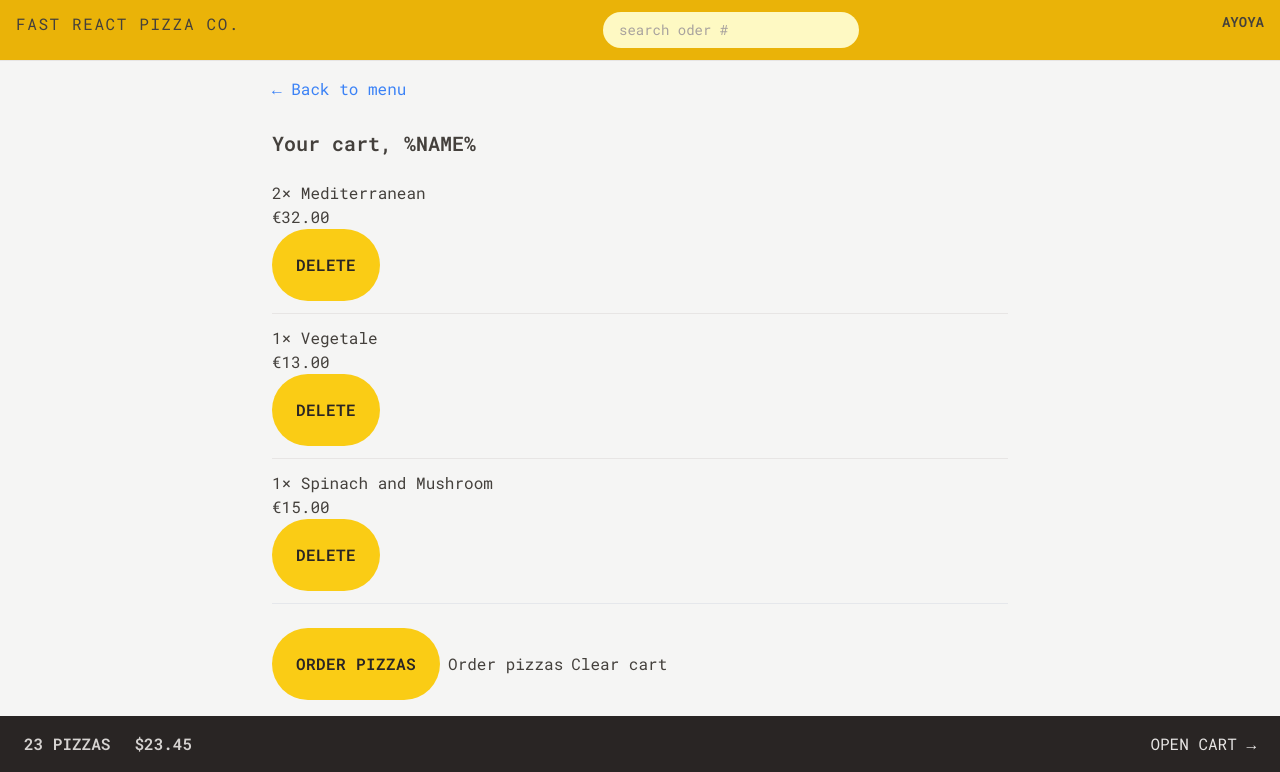
Repository: ayakhaled0001/pizza-delivery
Page: /cart
These files come from the project's save history. The page is drawn as it stood at one moment and after the next save; the edit follows.
The browser window is 1280 px wide. The pictures show the whole page.
The project was rebuilt for these pictures with package versions that can differ from the ones it lists, and the page was loaded fresh each time. Also part of the build but not shown: vite.config.js, src/features/user/CreateUser.jsx, src/ui/Home.jsx, src/services/apiRestaurant.jsx, src/features/menu/MenuItem.jsx, src/features/menu/Menu.jsx, src/features/order/Order.jsx, src/ui/Loader.jsx and 1 more. Imported but missing from the stored project, and not drawn on this page: src/features/order/CreateOrder.

Above is the page before, as saved 2025-05-01 15:27:56.

### index.html
<!DOCTYPE html>
<html lang="en">
  <head>
    <meta charset="UTF-8" />
    <link rel="icon" type="image/svg+xml" href="/vite.svg" />
    <meta name="viewport" content="width=device-width, initial-scale=1.0" />
    <link rel="preconnect" href="https://fonts.googleapis.com" />
    <link rel="preconnect" href="https://fonts.gstatic.com" crossorigin />
    <link
      href="https://fonts.googleapis.com/css2?family=Roboto+Mono:ital,wght@0,100..700;1,100..700&display=swap"
      rel="stylesheet" />
    <title>Vite + React</title>
  </head>
  <body class="bg-stone-100 text-stone-700">
    <div id="root"></div>
    <script type="module" src="/src/main.jsx"></script>
  </body>
</html>

### src/App.jsx
import { createBrowserRouter, RouterProvider } from "react-router-dom";
import Home from "./ui/Home";
import Menu, { loader as menuLoader } from "./features/menu/Menu";
import Cart from "./features/cart/Cart";
import CreateOrder, {
  action as CreateOrderAction,
} from "./features/order/CreateOrder";
import Order, { loader as orderLoader } from "./features/order/Order";
import AppLayout from "./ui/AppLayout";
import Error from "./ui/Error";
const router = createBrowserRouter([
  {
    element: <AppLayout />,
    children: [
      { path: "/", element: <Home /> },
      {
        path: "/menu",
        element: <Menu />,
        loader: menuLoader,
        errorElement: <Error />,
      },
      { path: "/cart", element: <Cart /> },
      {
        path: "/order/new",
        element: <CreateOrder />,
        action: CreateOrderAction,
      },
      {
        path: "/order/:orderId",
        element: <Order />,
        loader: orderLoader,
        errorElement: <Error />,
      },
    ],
  },
]);
function App() {
  return <RouterProvider router={router} />;
}

export default App;

### src/index.css
@tailwind base;
@tailwind components;
@tailwind utilities;

@layer components {
  .input {
    @apply w-full rounded-full border
    border-stone-200
    px-4 py-2 text-sm transition-all
    duration-300 focus:outline-none
    focus:ring focus:ring-yellow-400
    md:px-5;
  }

  .loader {
    width: 45px;
    aspect-ratio: 0.75;
    --c: no-repeat linear-gradient(theme(colors.stone.700) 0 0);
    background: var(--c) 0% 50%, var(--c) 50% 50%, var(--c) 100% 50%;
    background-size: 20% 50%;
    animation: loading 1s infinite linear;
  }

  @keyframes loading {
    20% {
      background-position: 0% 0%, 50% 50%, 100% 50%;
    }
    40% {
      background-position: 0% 100%, 50% 0%, 100% 50%;
    }
    60% {
      background-position: 0% 50%, 50% 100%, 100% 0%;
    }
    80% {
      background-position: 0% 50%, 50% 50%, 100% 100%;
    }
  }
}

/* body {
  font-family: system-ui, -apple-system, BlinkMacSystemFont, "Segoe UI", Roboto,
    Oxygen, Ubuntu, Cantarell, "Open Sans", "Helvetica Neue", sans-serif;
  background-color: #f7f7f7;
  color: #444;
}

.layout {
  display: grid;
  grid-template-rows: auto 1fr auto;
  gap: 32px;
  height: 100dvh;
} */

/* https://dev.to/afif/i-made-100-css-loaders-for-your-next-project-4eje */

### src/features/cart/Cart.jsx
import { Link } from "react-router-dom";
import LinkButton from "../../ui/LinkButton";
import Button from "../../ui/Button";
import CartItem from "./CartItem";

const fakeCart = [
  {
    pizzaId: 12,
    name: "Mediterranean",
    quantity: 2,
    unitPrice: 16,
    totalPrice: 32,
  },
  {
    pizzaId: 6,
    name: "Vegetale",
    quantity: 1,
    unitPrice: 13,
    totalPrice: 13,
  },
  {
    pizzaId: 11,
    name: "Spinach and Mushroom",
    quantity: 1,
    unitPrice: 15,
    totalPrice: 15,
  },
];

function Cart() {
  const cart = fakeCart;

  return (
    <div className="px-4 py-4">
      <LinkButton to="/menu">&larr; Back to menu</LinkButton>

      <h2 className="mt-7 text-xl font-semibold">Your cart, %NAME%</h2>
      <ul className="divide-y divide-stone-200 border-b mt-3 ">
        {cart.map((item) => (
          <CartItem key={item.key} item={item} />
        ))}
      </ul>
      <div className="mt-6 space-x-2">
        <Button to="/order/new">Order pizzas</Button>
        <Link>Order pizzas</Link>
        <button>Clear cart</button>
      </div>
    </div>
  );
}

export default Cart;

### src/ui/AppLayout.jsx
import Header from "./Header";
import CartOverview from "../features/cart/CartOverview";
import { Outlet, useNavigation } from "react-router-dom";
import Loader from "./Loader";

function AppLayout() {
  const navigation = useNavigation();
  const isLoading = navigation.state === "loading";
  console.log(navigation.state);
  return (
    <div className="grid h-screen grid-row-[auto_1fr_auto]">
      {isLoading && <Loader />}

      <Header />
      <div className="">
        <main className="max-w-3xl mx-auto">
          <Outlet />
        </main>
      </div>
      <CartOverview />
    </div>
  );
}

export default AppLayout;

### src/ui/LinkButton.jsx
import { Link, useNavigate } from "react-router-dom";

function LinkButton({ children, to }) {
  const navigate = useNavigate();
  if (to === -1)
    return (
      <button
        onClick={() => navigate(-1)}
        className="tex-sm text-blue-500 hover:text-blue-700 hover:underline">
        {children}
      </button>
    );
  return (
    <Link
      to={to}
      className="tex-sm text-blue-500 hover:text-blue-700 hover:underline">
      {children}
    </Link>
  );
}

export default LinkButton;

### src/ui/Button.jsx
import { Link } from "react-router-dom";

function Button({ disabled, children, to }) {
  const className = `bg-yellow-400 uppercase font-semibold
    text-stone-800 py-3 px-4
     inline-block tracking-wide
     rounded-full hover:bg-yellow-300  transition-all duration-300
    focus:outline-none focus:ring focus:ring-yellow-300 focus:ring-offset-2
    disabled:cursor-not-allowed sm:px-6 sm:py-6`;
  if (to)
    return (
      <Link to={to} className={className}>
        {children}
      </Link>
    );
  return (
    <button disabled={disabled} className={className}>
      {children}
    </button>
  );
}

export default Button;

### src/features/cart/CartItem.jsx
import Button from "../../ui/Button";
import { formatCurrency } from "../../utilities/helpers";

function CartItem({ item }) {
  const { pizzaId, name, quantity, totalPrice } = item;

  return (
    <li className="py-3">
      <p>
        {quantity}&times; {name}
      </p>
      <div>
        <p>{formatCurrency(totalPrice)}</p>
        <Button>Delete</Button>
      </div>
    </li>
  );
}

export default CartItem;

### src/ui/Header.jsx
import { Link } from "react-router-dom";
import SearchOrder from "../features/order/SearchOrder.jsx";
import UserName from "../features/user/UserName.jsx";

function Header() {
  return (
    <header className=" flex justify-between bg-yellow-500 px-4 py-3 uppercase border-b border-stone-200">
      <Link to="/" className="tracking-widest">
        Fast React Pizza Co.
      </Link>
      <SearchOrder />
      <UserName />
    </header>
  );
}

export default Header;

### src/features/cart/CartOverview.jsx
import { Link } from "react-router-dom";

function CartOverview() {
  return (
    <div
      className="bg-stone-800 text-stone-200 uppercase p-4 sm:px-6 px-4 py-4
    md:text-base flex items-center justify-between">
      <p className="text-stone-300 sm:space-x-6 font-semibold space-x-4">
        <span>23 pizzas</span>
        <span>$23.45</span>
      </p>
      <Link to="/cart">Open cart &rarr;</Link>
    </div>
  );
}

export default CartOverview;

### src/features/order/SearchOrder.jsx
import { useState } from "react";
import { useNavigate } from "react-router-dom";

function SearchOrder() {
  const [query, setQuery] = useState("");
  const navigate = useNavigate();
  function handleSubmit(e) {
    e.preventDefault();
    if (!query) return;
    navigate(`/order/${query}`);
    setQuery("");
  }
  return (
    <form onSubmit={handleSubmit}>
      <input
        placeholder="search oder #"
        value={query}
        onChange={(e) => setQuery(e.target.value)}
        className="duration-300 sm:w-64 focus:outline-none focus:ring
         focus:ring-yellow-500 focus:ring-opacity-50  sm:focus:w-72 transition-all w-28
         bg-yellow-100 rounded-full px-4 py-2 text-sm placeholder:text-stone-400"
      />
    </form>
  );
}

export default SearchOrder;

### src/features/user/UserName.jsx
function UserName() {
  return <div className="hidden md:block text-sm font-semibold">ayoya</div>;
}

export default UserName;

### tailwind.config.js
/** @type {import('tailwindcss').Config} */
export default {
  content: ["./index.html", "./src/**/*.{js,jsx,ts,tsx}"],
  theme: {
    fontFamily: {
      sans: "Roboto Mono , monospace",
    },
    extend: {
      fontSize: {
        huge: ["80rem", { lineHeight: "1" }],
      },
      height: {
        screen: "100dvh",
      },
    },
  },
  plugins: [],
};

Loaded but not shown: src/main.jsx (common file); src/utilities/helpers.jsx (common file)

After the next save:
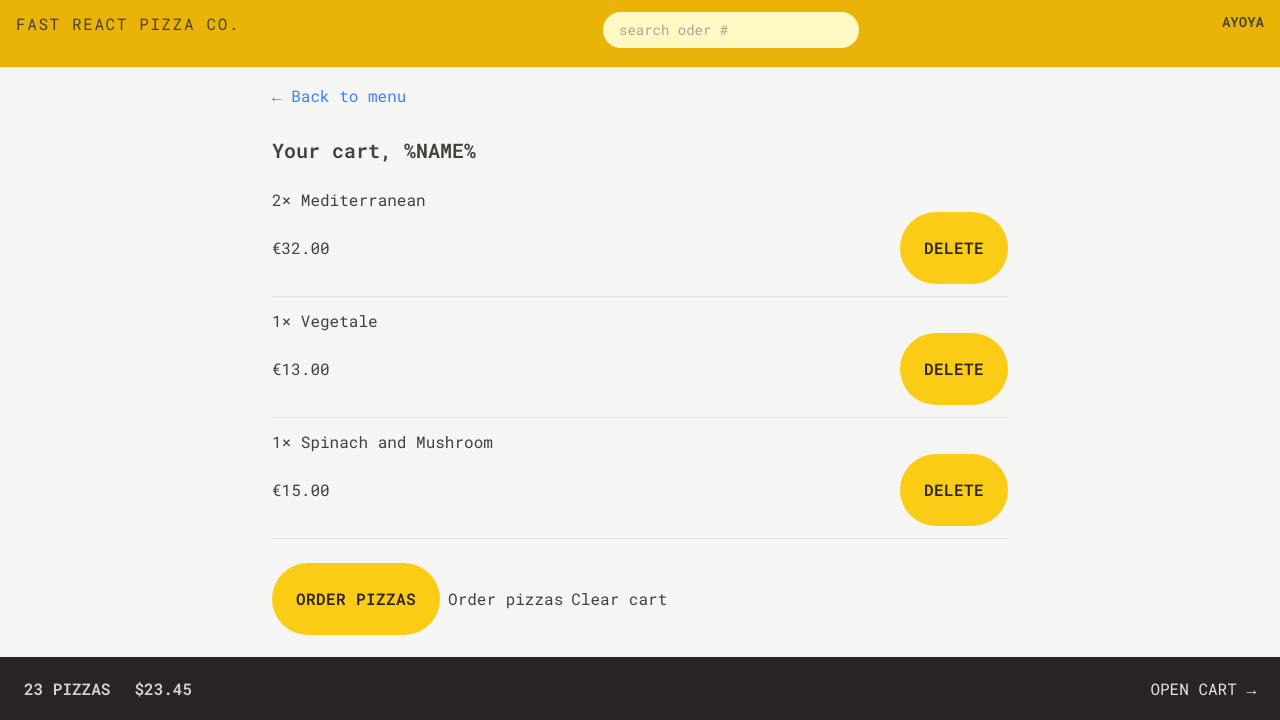
Saved 19 s later.
--- a/src/features/cart/CartItem.jsx
+++ b/src/features/cart/CartItem.jsx
@@ -9,7 +9,7 @@ function CartItem({ item }) {
       <p>
         {quantity}&times; {name}
       </p>
-      <div>
+      <div className="flex justify-between items-center">
         <p>{formatCurrency(totalPrice)}</p>
         <Button>Delete</Button>
       </div>
